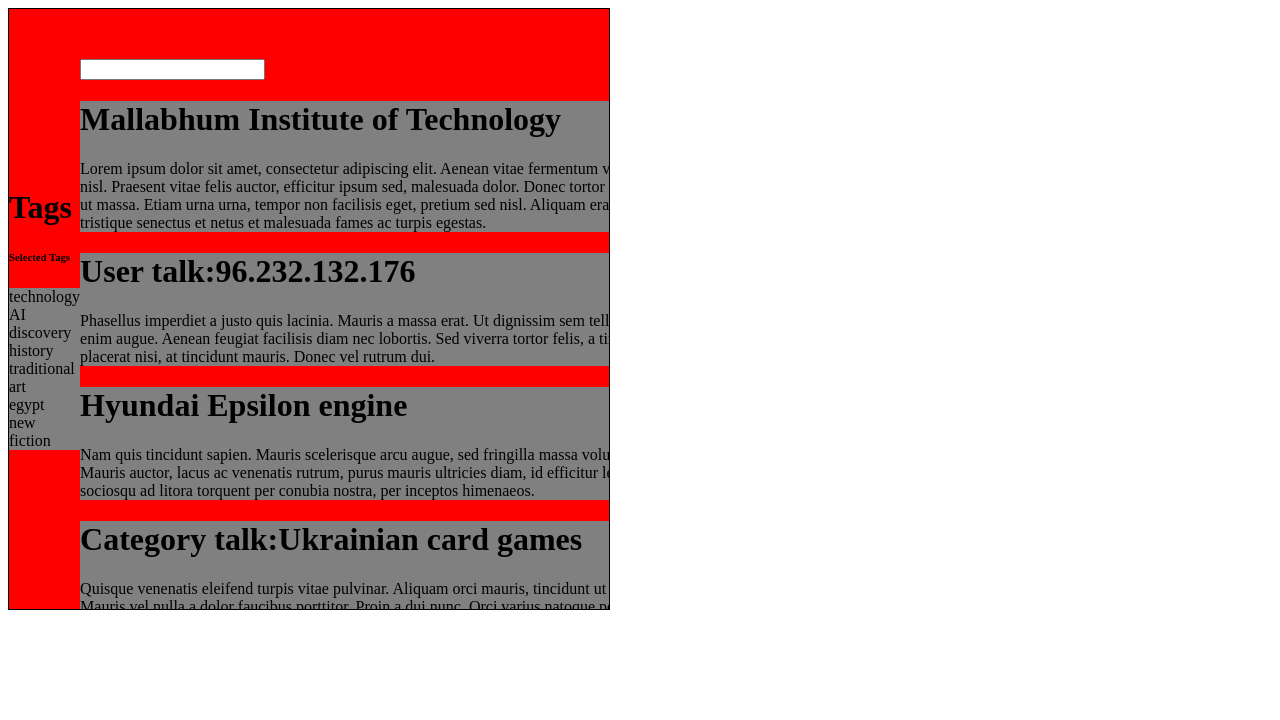
Repository: KelaiAffaf/bridger
Page: /
An editor plug-in stored every save of this project. The page is shown before and after the next save, followed by the edit.
The browser window is 1280 px wide. The pictures show the whole page.
The project was rebuilt for these pictures with package versions that can differ from the ones it lists, and the page was loaded fresh each time. Also part of the build but not shown: vite.config.js.

Above is the page before, as saved 2023-06-08 11:21:15.

After the next save:
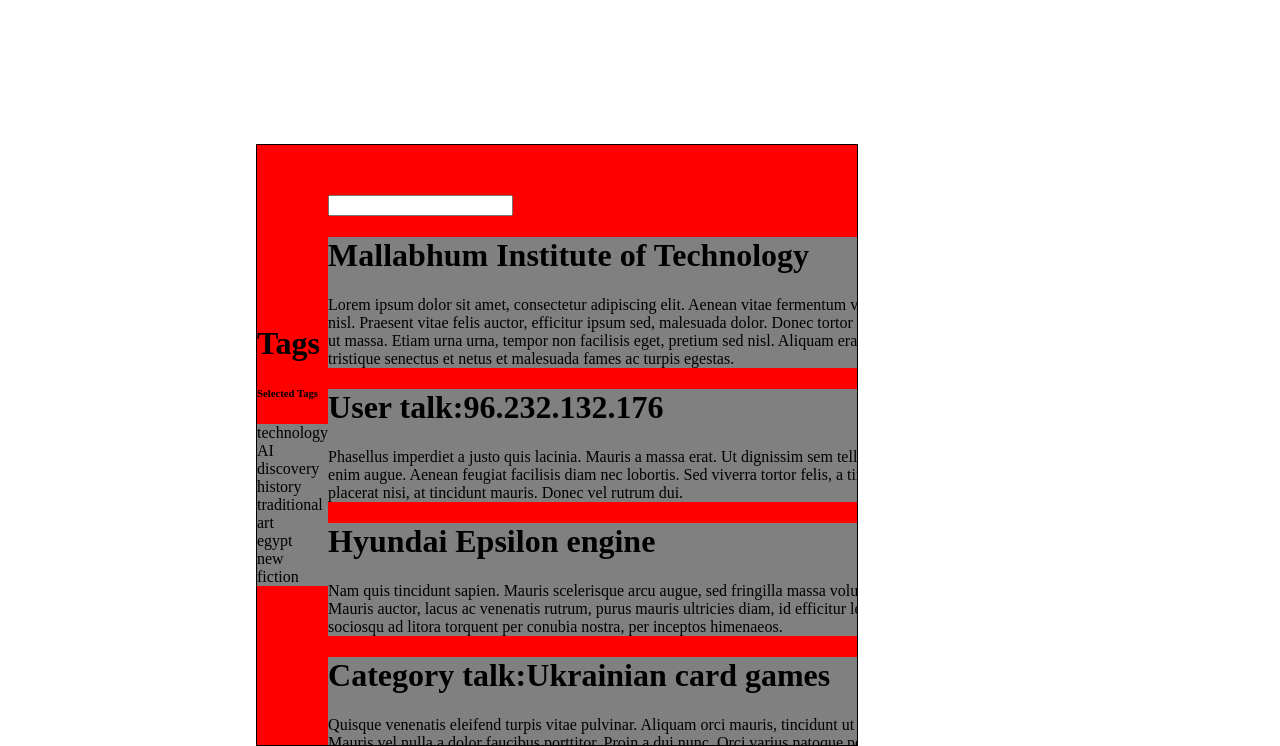
Saved 10 s later.
--- a/src/App.jsx
+++ b/src/App.jsx
@@ -36,9 +36,9 @@
       border: "1px solid black",
       backgroundColor: "red",
       overflow: "hidden",
-      // position: "absolute",
-      // top: "20%",
-      // left: "20%",
+      position: "absolute",
+      top: "20%",
+      left: "20%",
     }}
       >
       <div>
